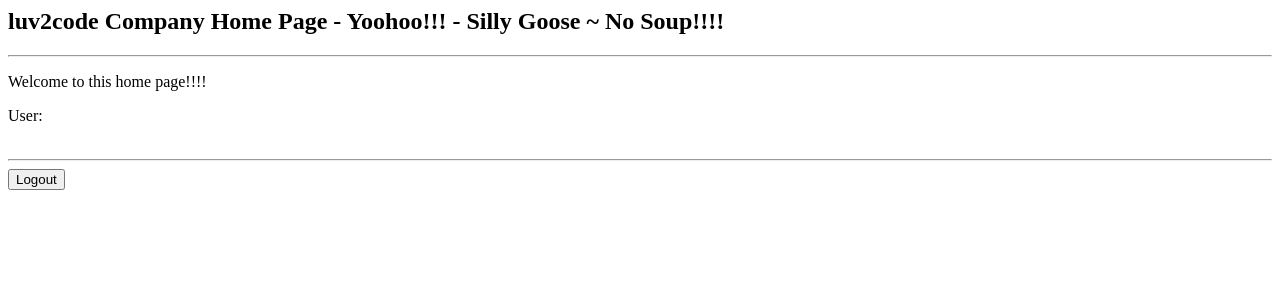
Repository: JT12s/Ecllipse-SpringPrcaticeProject
Page: http://localhost/spring-security-demo-07-user-roles/WEB-INF/view/home.jsp
These files come from the project's save history. The page is drawn as it stood at one moment and after the next save; the edit follows.
The browser window is 1280 px wide. The pictures show the whole page.
The page is served by Tomcat 9. Nobody is signed in. The template is opened directly, without the code that normally fills it, so the values that code supplies are empty.

Above is the page before, as saved 2022-08-07 00:21:50.

After the next save:
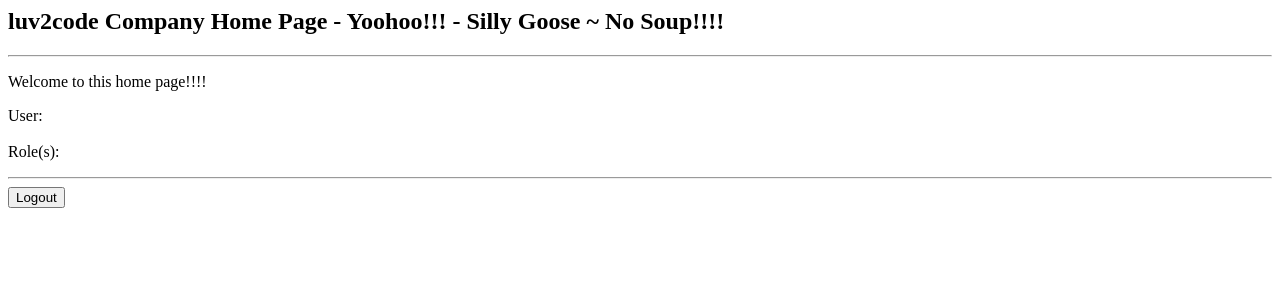
Saved 19 s later.
--- a/spring-security-demo-07-user-roles/src/main/webapp/WEB-INF/view/home.jsp
+++ b/spring-security-demo-07-user-roles/src/main/webapp/WEB-INF/view/home.jsp
@@ -19,7 +19,7 @@
 	<p>
 		User: <security:authentication property="principal.username" />
 		<br><br>
-
+		Role(s):<security:authentication property="authorities"/>
 	</p>
 	<hr>
 
